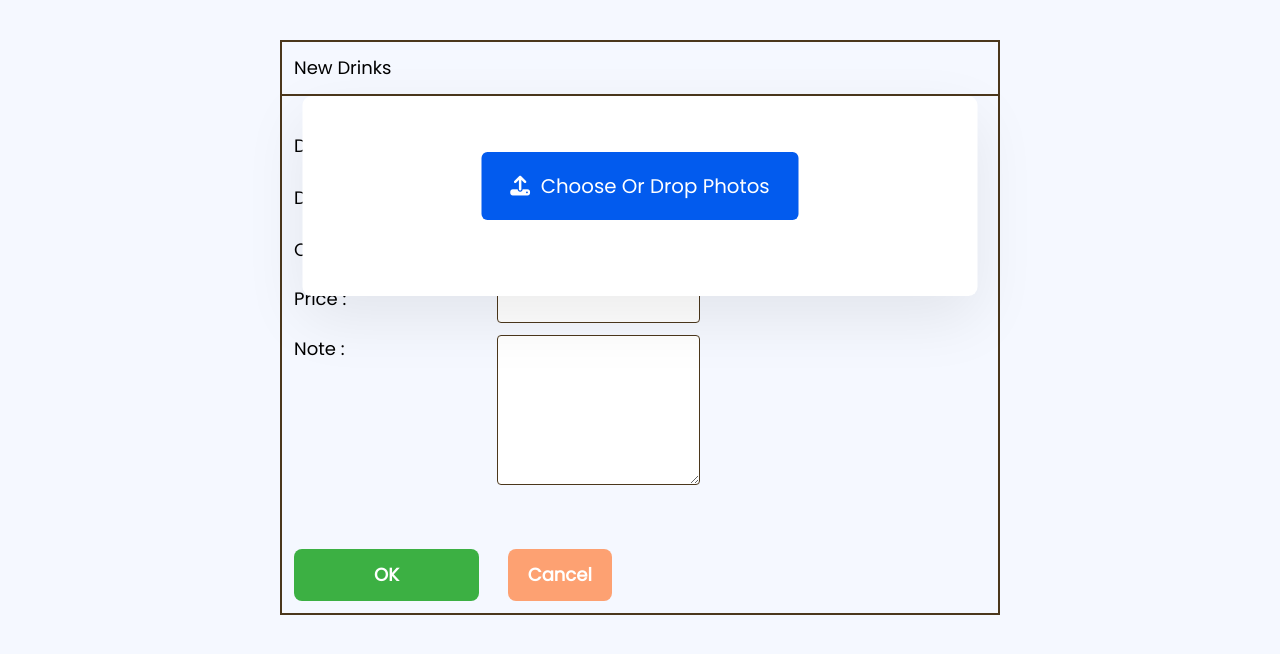
Repository: Dapravith/Midterm-SE-GIC-Cafe-Project-Group16
Page: src/main/resources/templates/addDrink.html
The author's editor kept a copy of each file at every save. The page is drawn from the files as they stood at one save, then again after the next save.
The browser window is 1280 px wide. The pictures show the whole page.
Some web libraries are served in a nearby version.

Above is the page before, as saved 2023-05-16 22:32:02.

After the next save:
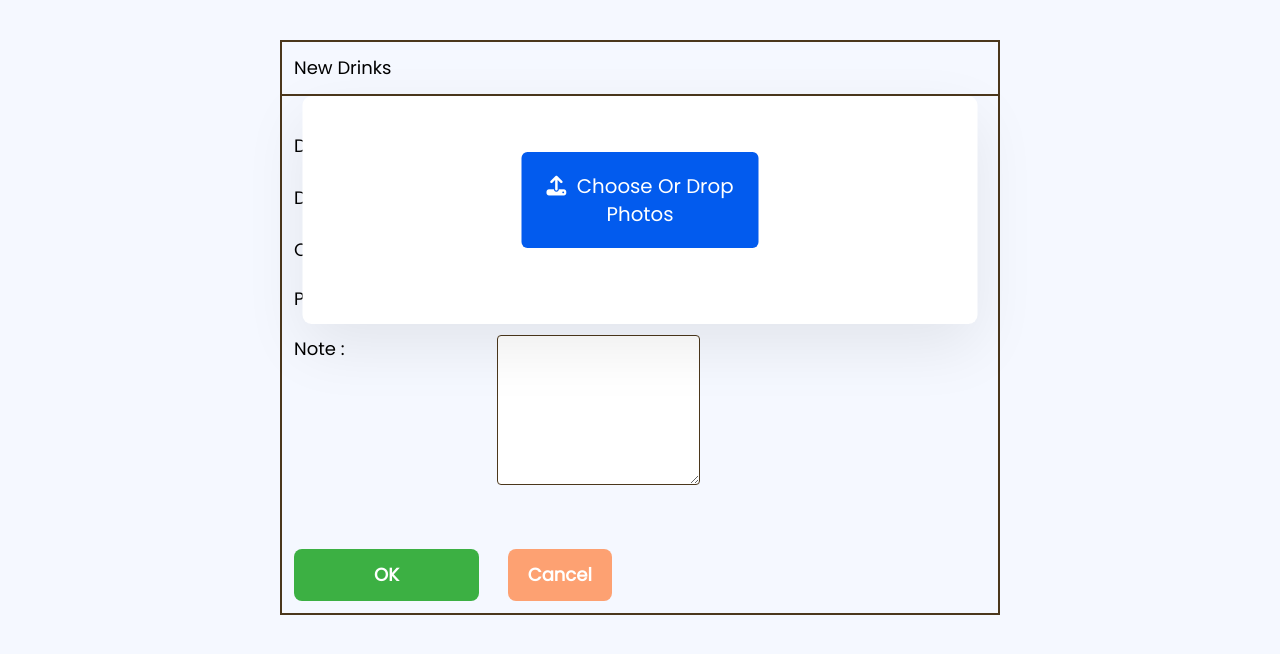
Saved 14 s later.
--- a/src/main/resources/templates/addDrink.html
+++ b/src/main/resources/templates/addDrink.html
@@ -52,7 +52,7 @@
             color: #ffffff;
             font-size: 1.1em;
             text-align: center;
-            width: 16em;
+            width: 12em;
             padding: 1em 0;
             border-radius: 0.3em;
             margin: 0 auto 1em auto;
